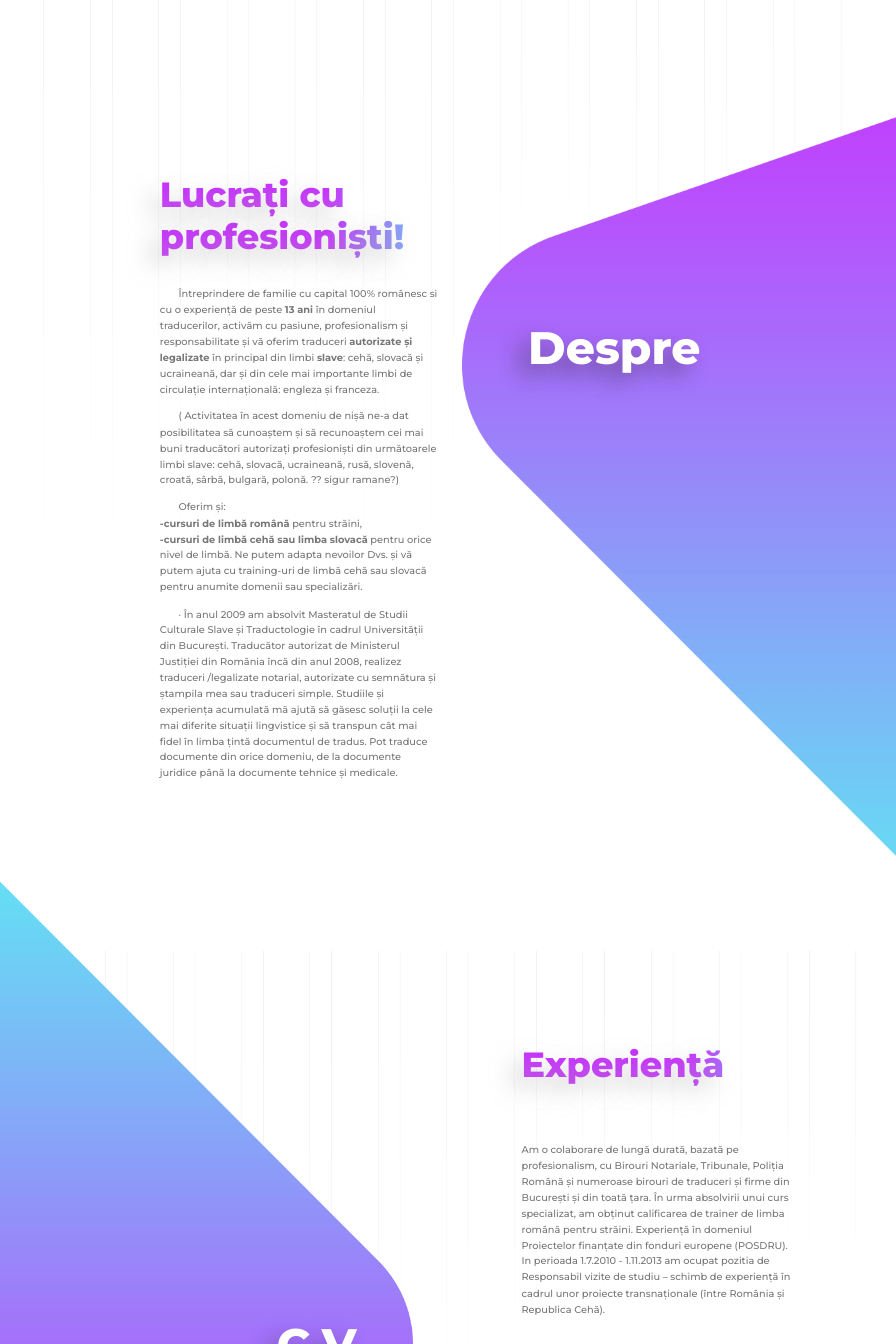
Repository: roscaImarius/site_traduceri
Page: index.html
These files come from the project's save history. The page is drawn as it stood at one moment and after a run of saves; the edit follows.
The browser window is 1280 px wide. The pictures show the part of the page from y = 723 to 2643 px (the page is 7580 px tall), at 70% of full size.

Above is the page before, as saved 2022-03-17 15:14:22.

After the next 2 saves:
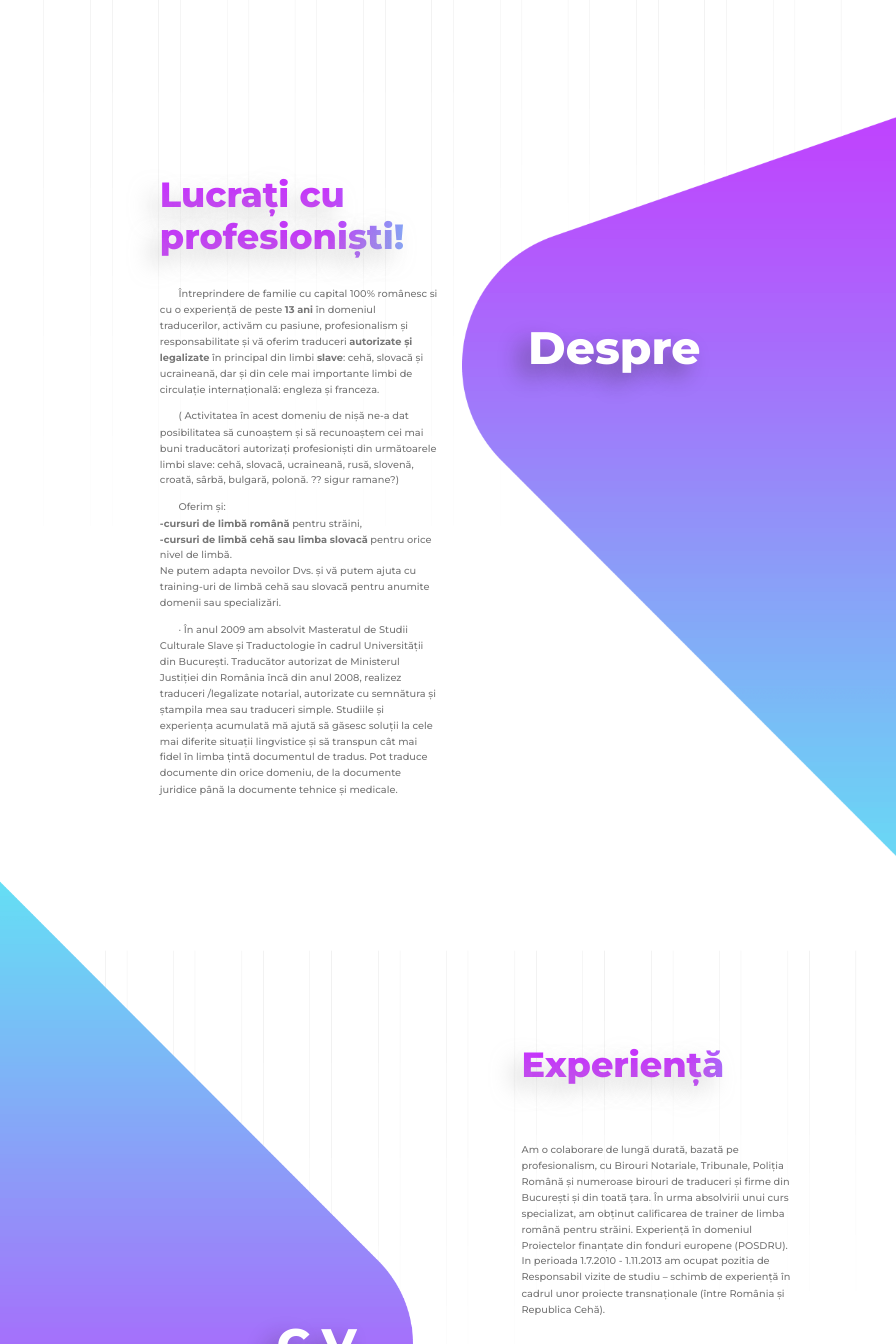
The 2 saves are shown as one change because they came seconds apart.
The last was saved 15 s later.
--- a/index.html
+++ b/index.html
@@ -160,9 +160,9 @@
               <span style="font-weight: bold"
                 >-cursuri de limbă cehă sau limba slovacă</span
               >
-              pentru orice nivel de limbă. Ne putem adapta nevoilor Dvs. și vă
-              putem ajuta cu training-uri de limbă cehă sau slovacă pentru
-              anumite domenii sau specializări.
+              pentru orice nivel de limbă. <br />
+              Ne putem adapta nevoilor Dvs. și vă putem ajuta cu training-uri de
+              limbă cehă sau slovacă pentru anumite domenii sau specializări.
             </p>
             <p class="mb-50" style="text-indent: 20pt">
               &middot; În anul 2009 am absolvit Masteratul de Studii Culturale
